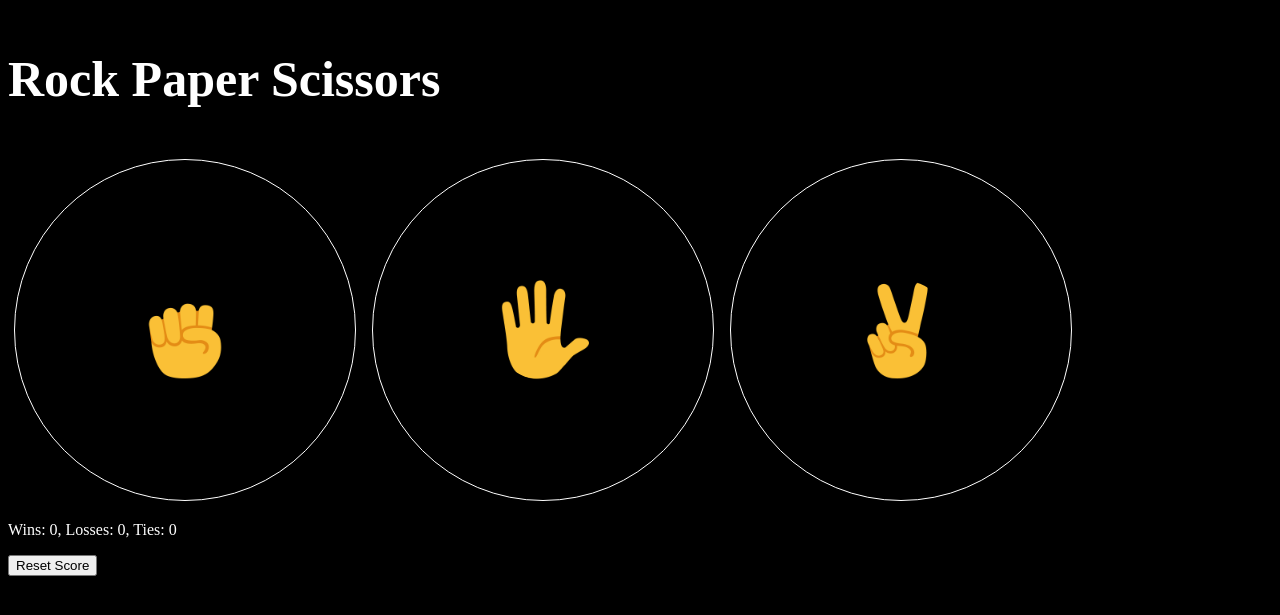
Repository: pgyunknown/Rock_paper_scissors-
Page: index.html
An editor plug-in stored every save of this project. The page is shown before and after the next save, followed by the edit.
The browser window is 1280 px wide. The pictures show the whole page.

Above is the page before, as saved 2024-08-30 17:13:38.

After the next save:
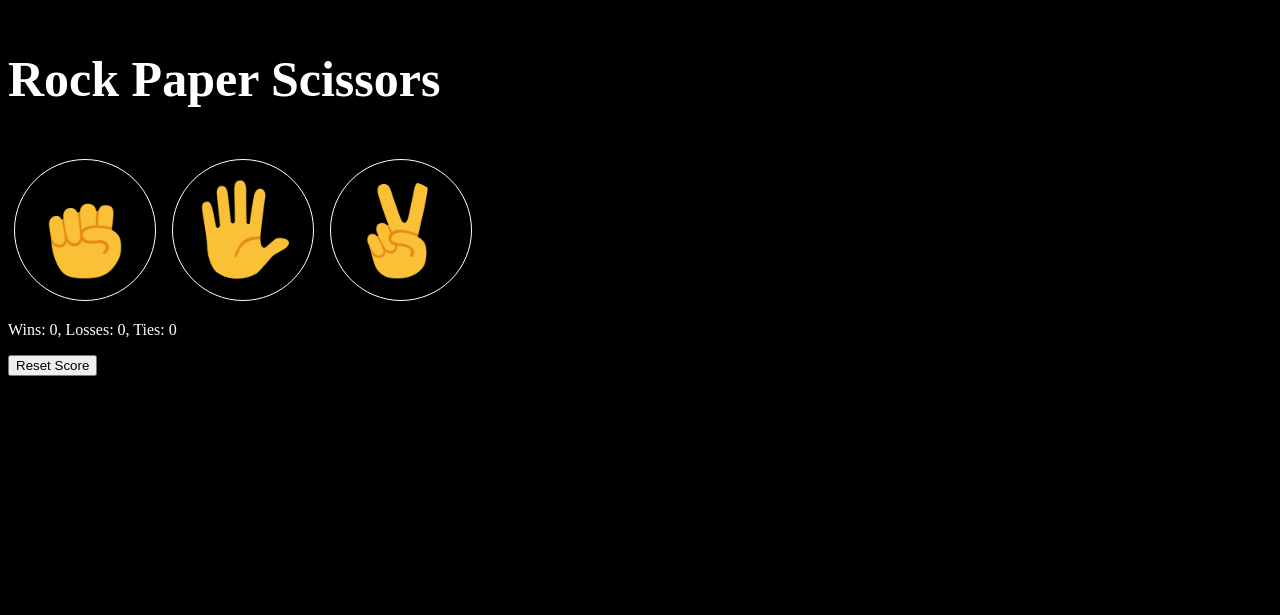
Saved 4 s later.
--- a/index.css
+++ b/index.css
@@ -13,7 +13,7 @@ button img{
   background-color: black;
   border: 1px solid white;
   border-radius: 100%;
-  padding: 120px;
+  padding: 20px;
 }
 .emoji{
   background-color: black;
